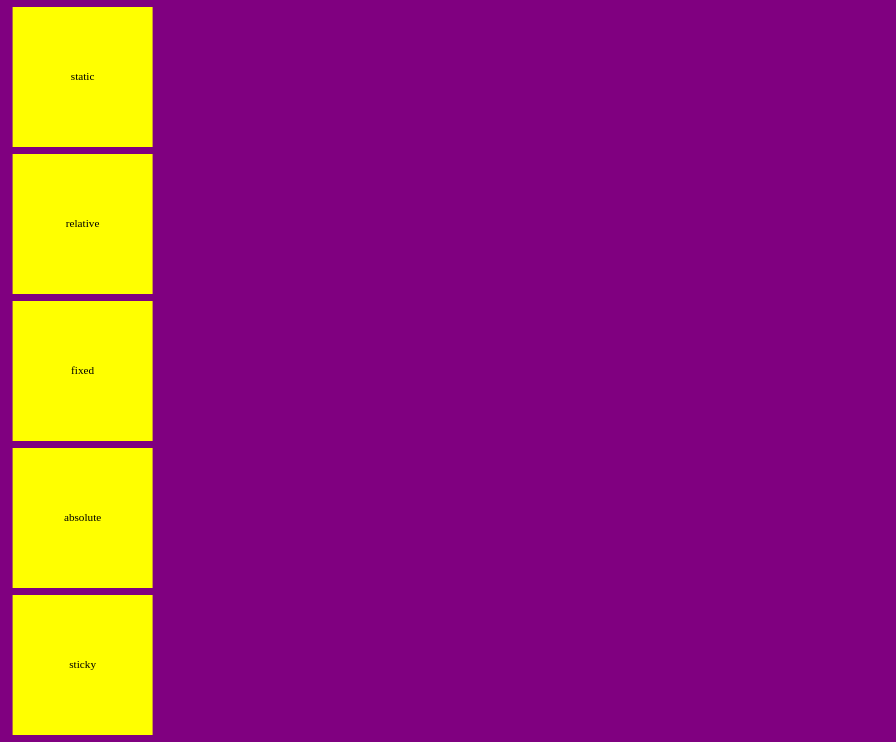
Repository: quenrythane/homepage
Page: CSS positions/CSS-positions.html
The author's editor kept a copy of each file at every save. The page is drawn from the files as they stood at one save, then again after the next save.
The browser window is 1280 px wide. The pictures show the part of the page from y = 0 to 1920 px (the page is 1060 px tall before and 3228 px after), at 70% of full size.

Above is the page before, as saved 2020-10-10 14:12:25.

After the next save:
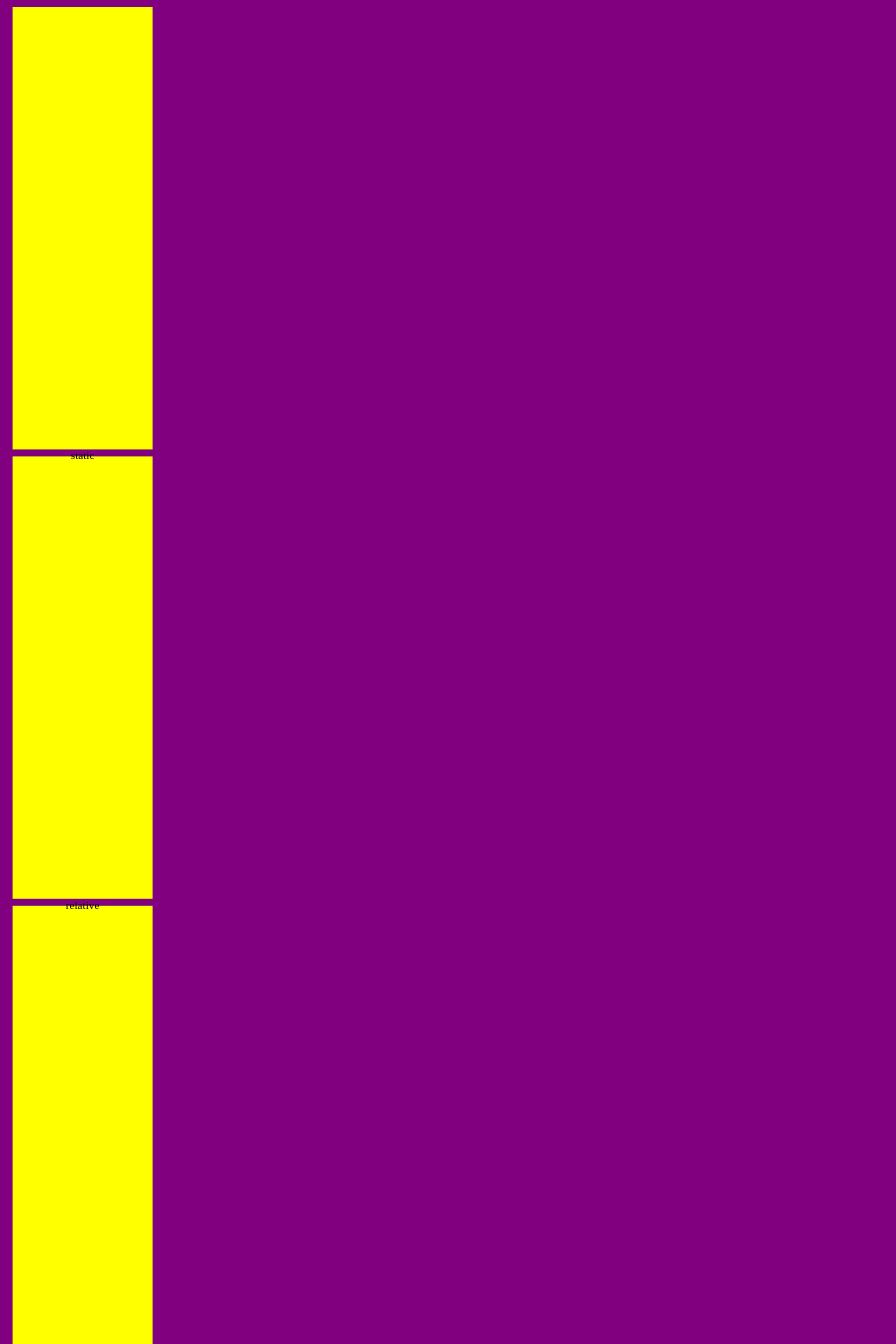
Saved 8 s later.
--- a/CSS positions/CSS-positions.css
+++ b/CSS positions/CSS-positions.css
@@ -10,5 +10,5 @@
     margin: 10px ;
     vertical-align: center;
     text-align: center;
-    padding-top: 90px;
+    padding-top: 50%;
 }

After the save that followed:
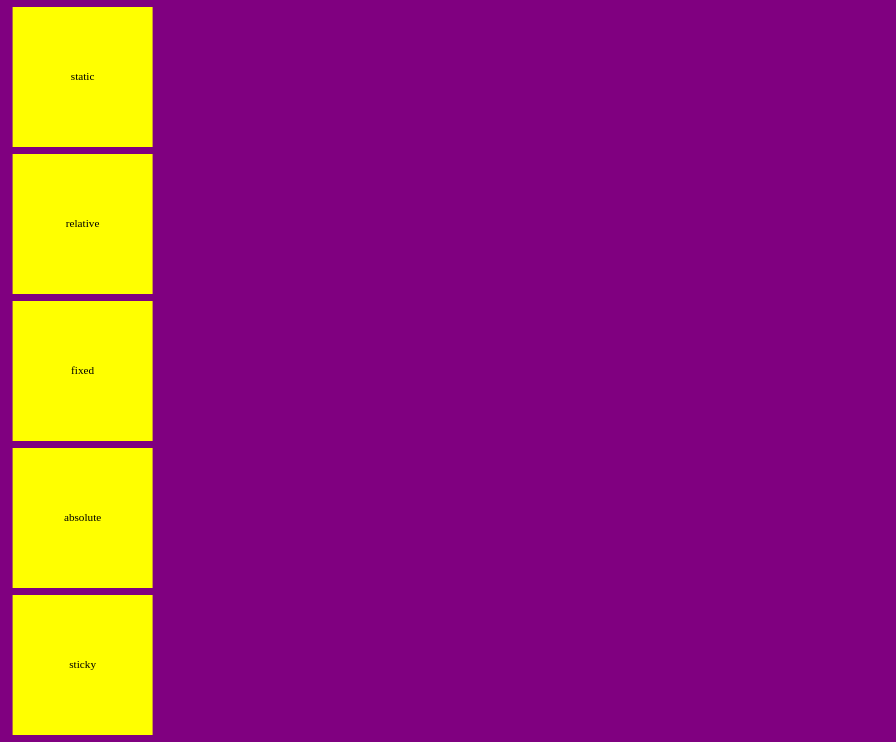
Saved 9 s later.
--- a/CSS positions/CSS-positions.css
+++ b/CSS positions/CSS-positions.css
@@ -10,5 +10,5 @@
     margin: 10px ;
     vertical-align: center;
     text-align: center;
-    padding-top: 50%;
+    padding-top: 90px;
 }
